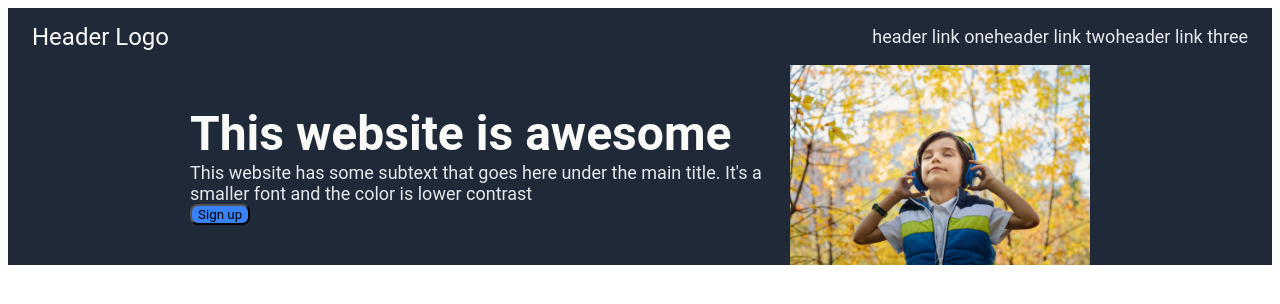
Repository: z1youRA/FirstWebsite
Page: index.html
An editor plug-in stored every save of this project. The page is shown before and after the next save, followed by the edit.
The browser window is 1280 px wide. The pictures show the whole page.

Above is the page before, as saved 2021-11-25 17:17:52.

### index.html
<!DOCTYPE html>
<html lang="en">
<head>
    <meta charset="UTF-8">
    <meta http-equiv="X-UA-Compatible" content="IE=edge">
    <meta name="viewport" content="width=device-width, initial-scale=1.0">
    <title>The Odin Project</title>
    <link rel="stylesheet" href="styles.css">
</head>
<body>
    <div class="hero">
        <div class="header">
            <div class="logo">Header Logo</div>
                <ul class="right-links">
                    <li><a href="google.com">header link one</a></li>
                    <li><a href="google.com">header link two</a></li>
                    <li><a href="google.com">header link three</a></li>
                </ul>
        </div>
        <div class="container">
            <div class="text">
                <div class="main">This website is awesome</div>
                <div class="secondary">This website has some subtext that goes here under the main title. It's a smaller font and the color is lower contrast</div>
                <button>Sign up</button>
            </div>
            <img src="images/hero.jpg">
        </div>
    </div>

</body>
</html>

### styles.css
* {
    font-family:roboto, 'Gill Sans', 'Gill Sans MT', Calibri, 'Trebuchet MS', sans-serif;
}

.hero {
    background-color: #1f2937;
    display: flex;
    flex-direction: column;
}

.header {
    display: flex;
    align-items: center;
    justify-content: space-between;
    padding: 0 24px 0;
}

.container {
    display: flex;
    align-items: center;
    justify-content: center;
}

button {
    background-color: #3882f6;
    border-radius: 8px;
    size: 8px;
}

.text {
    max-width: 600px;
    flex-wrap: wrap;
}


.right-links {
    display: flex;
    flex-direction: row;
}

.hero img {
    max-height: 200px;
}

.header .logo {
    font-size: 24px;
    color: #F9FAF8;
}

.header .right-links {
    font-size: 18px;
    color: #e5e7eb;
}

.hero .main {
    font-size: 48px;
    font-weight:bolder;
    color: #F9FAF8;
}

.hero .secondary {
    font-size: 18px;
    color: #e5e7eb;
}

ul {
    list-style-type: none;
}

.header a {
    text-decoration: none;
    color: #e5e7eb;
}

After the next save:
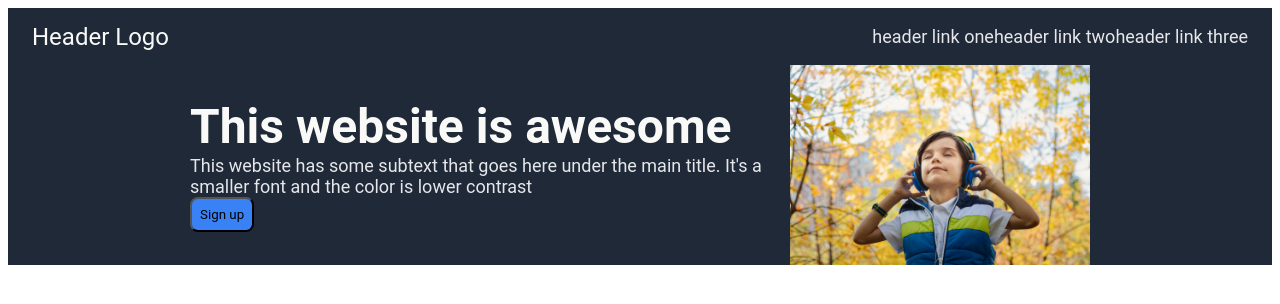
Saved 22 s later.
--- a/styles.css
+++ b/styles.css
@@ -24,7 +24,7 @@
 button {
     background-color: #3882f6;
     border-radius: 8px;
-    size: 8px;
+    padding: 8px;
 }
 
 .text {
